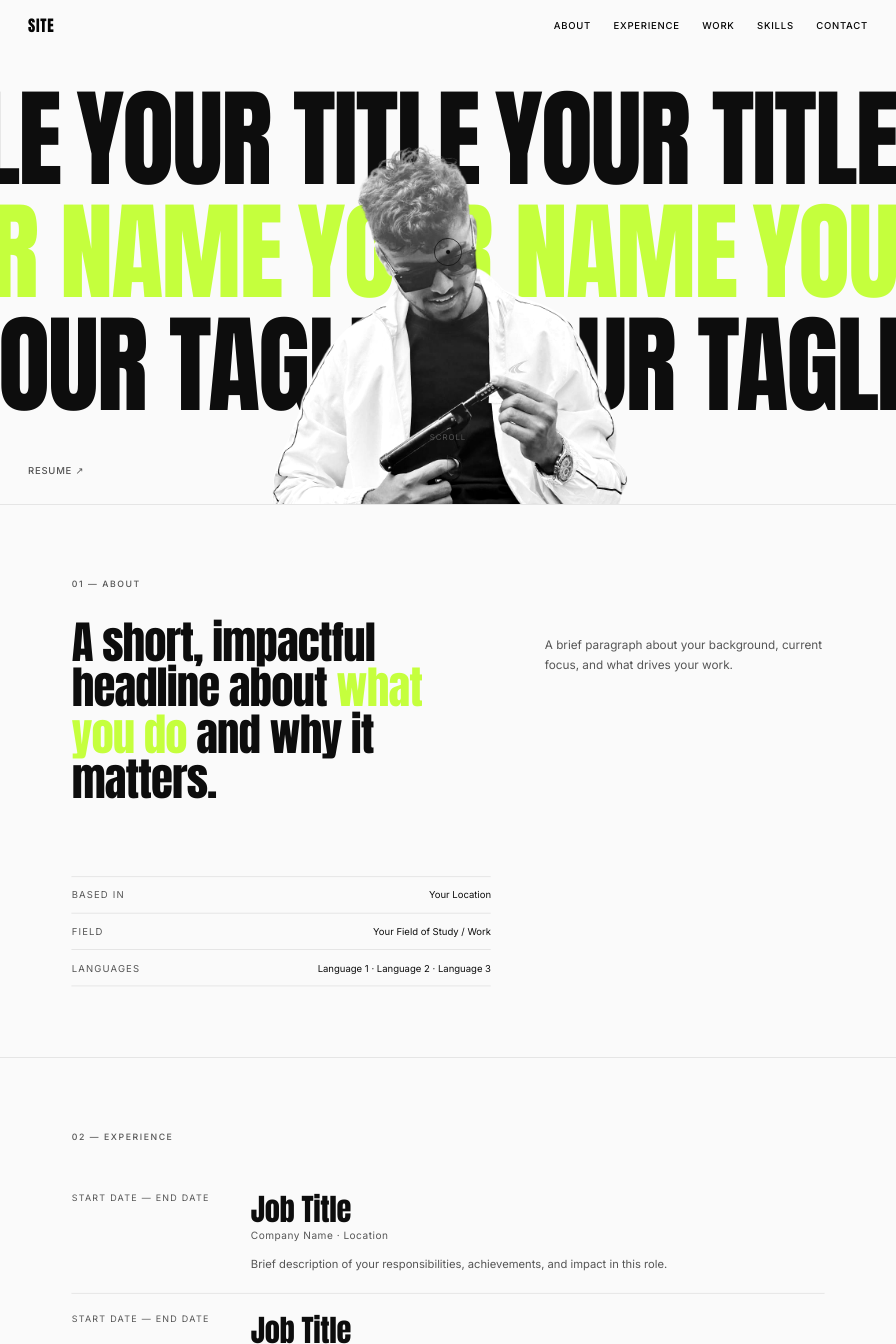
Repository: Ashok-B24/Dexter-portfolio
Page: /
An editor plug-in stored every save of this project. The page is shown before and after the next save, followed by the edit.
The browser window is 1280 px wide. The pictures show the part of the page from y = 0 to 1920 px (the page is 4447 px tall before and 4826 px after), at 70% of full size.
The project was rebuilt for these pictures with package versions that can differ from the ones it lists, and the page was loaded fresh each time. Also part of the build but not shown: vite.config.js.

Above is the page before, as saved 2026-07-28 20:01:17.

### index.html
<!doctype html>
<html lang="en">
  <head>
    <meta charset="UTF-8" />
    <meta name="viewport" content="width=device-width, initial-scale=1.0" />
    <title>Portfolio</title>
    <link rel="preconnect" href="https://fonts.googleapis.com">
    <link rel="preconnect" href="https://fonts.gstatic.com" crossorigin>
    <link href="https://fonts.googleapis.com/css2?family=Anton&family=Inter:wght@400;500&display=swap" rel="stylesheet">
  </head>
  <body>
    <div id="root"></div>
    <script type="module" src="/src/main.jsx"></script>
  </body>
</html>

### src/main.jsx
import ReactDOM from 'react-dom/client'
import App from './App'
import './App.css'

ReactDOM.createRoot(document.getElementById('root')).render(<App />)

### src/App.jsx
import { useEffect } from 'react'
import Lenis from '@studio-freight/lenis'
import Nav from './components/Nav'
import Hero from './components/Hero'
import About from './components/About'
import Experience from './components/Experience'
import Work from './components/Work'
import Capabilities from './components/Capabilities'
import Contact from './components/Contact'
import Cursor from './components/Cursor'

export default function App() {
  useEffect(() => {
    const lenis = new Lenis({ duration: 1.2, easing: t => Math.min(1, 1.001 - 2 ** (-10 * t)), smoothWheel: true })
    function raf(time) { lenis.raf(time); requestAnimationFrame(raf) }
    requestAnimationFrame(raf)

    window.__lenis = lenis

    return () => { lenis.destroy(); delete window.__lenis }
  }, [])

  return (
    <>
      <Nav />
      <main>
        <Hero />
        <About />
        <Experience />
        <Work />
        <Capabilities />
        <Contact />
      </main>
      <Cursor />
    </>
  )
}

### src/components/Nav.jsx
import { useEffect, useRef } from 'react'
import gsap from 'gsap'

export default function Nav() {
  const navRef = useRef(null)

  useEffect(() => {
    const nav = navRef.current
    if (!nav) return

    const tl = gsap.timeline({ paused: true })
    tl.to(nav, { y: '-100%', duration: 0.4, ease: 'power2.inOut' })

    let oldScroll = 0

    function onScroll() {
      const lenis = window.__lenis
      if (!lenis) return

      const thisScroll = lenis.scroll
      if (thisScroll > oldScroll && thisScroll > 60) {
        tl.timeScale(1.2).play()
      } else if (thisScroll < oldScroll) {
        tl.timeScale(1.5).reverse()
      }
      oldScroll = thisScroll
    }

    if (window.__lenis) {
      window.__lenis.on('scroll', onScroll)
    }

    return () => {
      tl.kill()
      if (window.__lenis) window.__lenis.off('scroll', onScroll)
    }
  }, [])

  return (
    <nav className="nav" ref={navRef}>
      <div className="nav__inner">
        <a className="nav__logo" href="#">SITE</a>
        <div className="nav__links">
          <a href="#about" data-cursor="View">About</a>
          <a href="#experience" data-cursor="View">Experience</a>
          <a href="#work" data-cursor="View">Work</a>
          <a href="#capabilities" data-cursor="View">Skills</a>
          <a href="#contact" data-cursor="View">Contact</a>
        </div>
      </div>
    </nav>
  )
}

### src/components/Hero.jsx
import { useEffect, useRef } from 'react'
import gsap from 'gsap'

const TRACKS = [
  { dir: 'left',  speed: 8,  text: 'YOUR TITLE' },
  { dir: 'right', speed: 10, text: 'YOUR NAME' },
  { dir: 'left',  speed: 6,  text: 'YOUR TAGLINE' },
]

export default function Hero() {
  const heroRef = useRef(null)

  useEffect(() => {
    const hero = heroRef.current
    if (!hero) return

    let ctx

    function start() {
      const inners = hero.querySelectorAll('.hero__track-inner')
      if (inners.length === 0) { setTimeout(start, 200); return }

      ctx = gsap.context(() => {
        inners.forEach(inner => {
          const spans = inner.querySelectorAll('span')
          if (spans.length < 2) return

          const w = spans[0].offsetWidth
          if (w === 0) return

          const right = inner.classList.contains('hero__track-inner--right')
          const s = parseFloat(inner.getAttribute('data-speed')) || 8

          gsap.fromTo(inner, { x: right ? -w : 0 }, { x: right ? 0 : -w, duration: s, ease: 'none', repeat: -1 })
        })
      }, hero)
    }

    const race = []
    if (document.fonts && document.fonts.ready) race.push(document.fonts.ready)
    race.push(new Promise(r => setTimeout(r, 1500)))
    Promise.race(race).then(start)

    return () => { if (ctx) ctx.revert() }
  }, [])

  return (
    <section className="hero" ref={heroRef}>
      <div className="hero__marquee">
        {TRACKS.map((track, i) => (
          <div className="hero__track" key={i}>
            <div
              className={`hero__track-inner hero__track-inner--${track.dir}`}
              data-speed={track.speed}
            >
              {[0, 1, 2, 3].map(n => <span key={n}>{track.text}</span>)}
            </div>
          </div>
        ))}
      </div>

      <div className="hero__portrait">
        <img src={`${import.meta.env.BASE_URL}photo.png`} alt="Raghu" />
      </div>

      <a className="hero__resume" href="#">Resume ↗</a>

      <div className="hero__scroll">
        <span>Scroll</span>
        <div className="hero__scroll-line" />
      </div>
    </section>
  )
}

### src/components/About.jsx
const FACTS = [
  ['Based in', 'Your Location'],
  ['Field', 'Your Field of Study / Work'],
  ['Languages', 'Language 1 · Language 2 · Language 3'],
]

export default function About() {
  return (
    <section id="about" className="section about">
      <div className="section__head">
        <span className="section__label">01 — About</span>
      </div>

      <div className="about__grid">
        <h2 className="about__headline">
          A short, impactful headline about <em>what you do</em> and why it matters.
        </h2>

        <p className="about__body">
          A brief paragraph about your background, current focus, and what drives your work.
        </p>

        <dl className="about__facts">
          {FACTS.map(([k, v]) => (
            <div className="about__fact" key={k}>
              <dt>{k}</dt>
              <dd>{v}</dd>
            </div>
          ))}
        </dl>
      </div>
    </section>
  )
}

### src/components/Experience.jsx
const ROLES = [
  {
    period: 'Start Date — End Date',
    title: 'Job Title',
    org: 'Company Name · Location',
    desc: 'Brief description of your responsibilities, achievements, and impact in this role.',
  },
  {
    period: 'Start Date — End Date',
    title: 'Job Title',
    org: 'Company Name · Location',
    desc: 'Brief description of your responsibilities, achievements, and impact in this role.',
  },
  {
    period: 'Start Date — End Date',
    title: 'Job Title',
    org: 'Company Name · Location',
    desc: 'Brief description of your responsibilities, achievements, and impact in this role.',
  },
]

export default function Experience() {
  return (
    <section id="experience" className="section experience">
      <div className="section__head">
        <span className="section__label">02 — Experience</span>
      </div>

      <div className="experience__list">
        {ROLES.map((r, i) => (
          <article className="role" key={i}>
            <span className="role__period">{r.period}</span>
            <div className="role__main">
              <h3 className="role__title">{r.title}</h3>
              <span className="role__org">{r.org}</span>
              <p className="role__desc">{r.desc}</p>
            </div>
          </article>
        ))}
      </div>
    </section>
  )
}

### src/components/Work.jsx
const PROJECTS = [
  {
    title: 'Project Name',
    cat: 'Category',
    desc: 'A short description of the project, what it does, and the problem it solves.',
  },
  {
    title: 'Project Name',
    cat: 'Category',
    desc: 'A short description of the project, what it does, and the problem it solves.',
  },
  {
    title: 'Project Name',
    cat: 'Category',
    desc: 'A short description of the project, what it does, and the problem it solves.',
  },
  {
    title: 'Project Name',
    cat: 'Category',
    desc: 'A short description of the project, what it does, and the problem it solves.',
  },
]

export default function Work() {
  return (
    <section id="work" className="section work">
      <div className="section__head">
        <span className="section__label">03 — Selected Work</span>
      </div>

      <div className="work__list">
        {PROJECTS.map((p, i) => (
          <article className="project" key={i} data-cursor="View">
            <span className="project__index">{String(i + 1).padStart(2, '0')}</span>
            <div className="project__body">
              <h3 className="project__title">{p.title}</h3>
              <span className="project__cat">{p.cat}</span>
            </div>
            <p className="project__desc">{p.desc}</p>
          </article>
        ))}
      </div>
    </section>
  )
}

### src/components/Capabilities.jsx
const GROUPS = [
  {
    label: 'Category One',
    items: ['Skill', 'Skill', 'Skill', 'Skill'],
  },
  {
    label: 'Category Two',
    items: ['Skill', 'Skill', 'Skill'],
  },
  {
    label: 'Category Three',
    items: ['Skill', 'Skill', 'Skill'],
  },
]

export default function Capabilities() {
  return (
    <section id="capabilities" className="section capabilities">
      <div className="section__head">
        <span className="section__label">04 — Capabilities</span>
      </div>

      <div className="capabilities__grid">
        {GROUPS.map((g) => (
          <div className="cap-group" key={g.label}>
            <h3 className="cap-group__label">{g.label}</h3>
            <ul className="cap-group__items">
              {g.items.map((s) => (
                <li key={s}>{s}</li>
              ))}
            </ul>
          </div>
        ))}
      </div>
    </section>
  )
}

### src/components/Contact.jsx
export default function Contact() {
  return (
    <section id="contact" className="section contact">
      <div className="section__head">
        <span className="section__label">05 — Contact</span>
      </div>

      <h2 className="contact__headline">
        Let's build <em>something</em>
        <br />
        together →
      </h2>

      <div className="contact__rows">
        <a className="contact__row" href="mailto:" data-cursor="Email">
          <span className="contact__key">Email</span>
          <span className="contact__val">your.email@example.com</span>
        </a>
        <a className="contact__row" href="tel:" data-cursor="Call">
          <span className="contact__key">Phone</span>
          <span className="contact__val">+00 000 000 0000</span>
        </a>
        <div className="contact__row">
          <span className="contact__key">Location</span>
          <span className="contact__val">City, Country</span>
        </div>
      </div>

      <footer className="footer">
        <span>© {new Date().getFullYear()} Your Name</span>
        <span>Built with React · Vite · GSAP</span>
      </footer>
    </section>
  )
}

### src/components/Cursor.jsx
import { useEffect, useRef } from 'react'

export default function Cursor() {
  const cursorRef = useRef(null)
  const dotRef = useRef(null)
  const labelRef = useRef(null)

  useEffect(() => {
    const cursor = cursorRef.current
    const dot = dotRef.current
    const label = labelRef.current
    if (!cursor || !dot) return

    let mX = window.innerWidth / 2
    let mY = window.innerHeight / 2
    let cX = mX
    let cY = mY
    let raf = null

    function onMove(e) { mX = e.clientX; mY = e.clientY }
    function onLeave() { cursor.style.opacity = '0'; dot.style.opacity = '0' }
    function onEnter() { cursor.style.opacity = '1'; dot.style.opacity = '1' }

    function animate() {
      cX += (mX - cX) * 0.15
      cY += (mY - cY) * 0.15
      cursor.style.left = cX + 'px'
      cursor.style.top = cY + 'px'
      dot.style.left = mX + 'px'
      dot.style.top = mY + 'px'
      raf = requestAnimationFrame(animate)
    }

    function onHover(e) {
      const t = e.target.closest('[data-cursor]')
      if (t) { cursor.classList.add('cursor--active'); if (label) label.textContent = t.dataset.cursor }
    }
    function onBlur(e) {
      const t = e.target.closest('[data-cursor]')
      if (t) { cursor.classList.remove('cursor--active') }
    }

    function onScroll() {
      if (window.__lenis) {
        const s = window.__lenis.scroll
        cY = mY - s
      }
      cursor.style.opacity = '0'
      dot.style.opacity = '0'
      clearTimeout(onScroll._timer)
      onScroll._timer = setTimeout(() => {
        if (document.hasFocus()) { cursor.style.opacity = '1'; dot.style.opacity = '1' }
      }, 200)
    }

    document.addEventListener('mousemove', onMove)
    document.addEventListener('mouseleave', onLeave)
    document.addEventListener('mouseenter', onEnter)
    document.addEventListener('mouseover', onHover)
    document.addEventListener('mouseout', onBlur)
    if (window.__lenis) window.__lenis.on('scroll', onScroll)
    raf = requestAnimationFrame(animate)

    return () => {
      document.removeEventListener('mousemove', onMove)
      document.removeEventListener('mouseleave', onLeave)
      document.removeEventListener('mouseenter', onEnter)
      document.removeEventListener('mouseover', onHover)
      document.removeEventListener('mouseout', onBlur)
      if (window.__lenis) window.__lenis.off('scroll', onScroll)
      cancelAnimationFrame(raf)
    }
  }, [])

  return (
    <>
      <div className="cursor" ref={cursorRef}>
        <span className="cursor__label" ref={labelRef} />
      </div>
      <div className="cursor__dot" ref={dotRef} />
    </>
  )
}

Loaded but not shown: src/App.css (659 lines, source omitted)

After the next save:
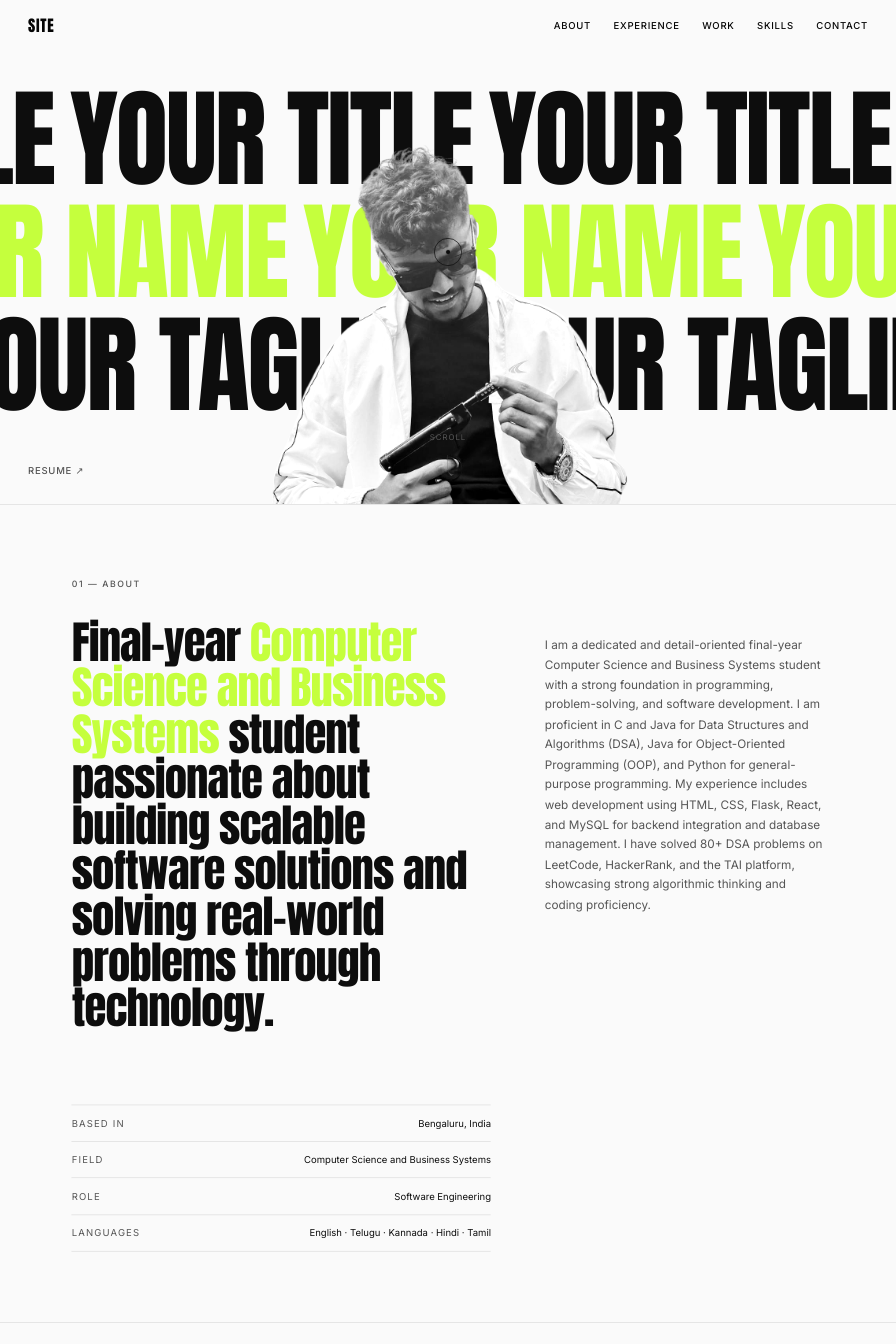
Saved 16 min 44 s later.
--- a/src/components/About.jsx
+++ b/src/components/About.jsx
@@ -1,7 +1,8 @@
 const FACTS = [
-  ['Based in', 'Your Location'],
-  ['Field', 'Your Field of Study / Work'],
-  ['Languages', 'Language 1 · Language 2 · Language 3'],
+  ['Based in', 'Bengaluru, India'],
+  ['Field', 'Computer Science and Business Systems'],
+  ['Role', 'Software Engineering'],
+  ['Languages', 'English · Telugu · Kannada · Hindi · Tamil'],
 ]
 
 export default function About() {
@@ -13,11 +14,22 @@ export default function About() {
 
       <div className="about__grid">
         <h2 className="about__headline">
-          A short, impactful headline about <em>what you do</em> and why it matters.
+          Final-year <em>Computer Science and Business Systems</em> student
+          passionate about building scalable software solutions and solving
+          real-world problems through technology.
         </h2>
 
         <p className="about__body">
-          A brief paragraph about your background, current focus, and what drives your work.
+          I am a dedicated and detail-oriented final-year Computer Science and
+          Business Systems student with a strong foundation in programming,
+          problem-solving, and software development. I am proficient in C and
+          Java for Data Structures and Algorithms (DSA), Java for
+          Object-Oriented Programming (OOP), and Python for general-purpose
+          programming. My experience includes web development using HTML, CSS,
+          Flask, React, and MySQL for backend integration and database
+          management. I have solved 80+ DSA problems on LeetCode, HackerRank,
+          and the TAI platform, showcasing strong algorithmic thinking and
+          coding proficiency.
         </p>
 
         <dl className="about__facts">
